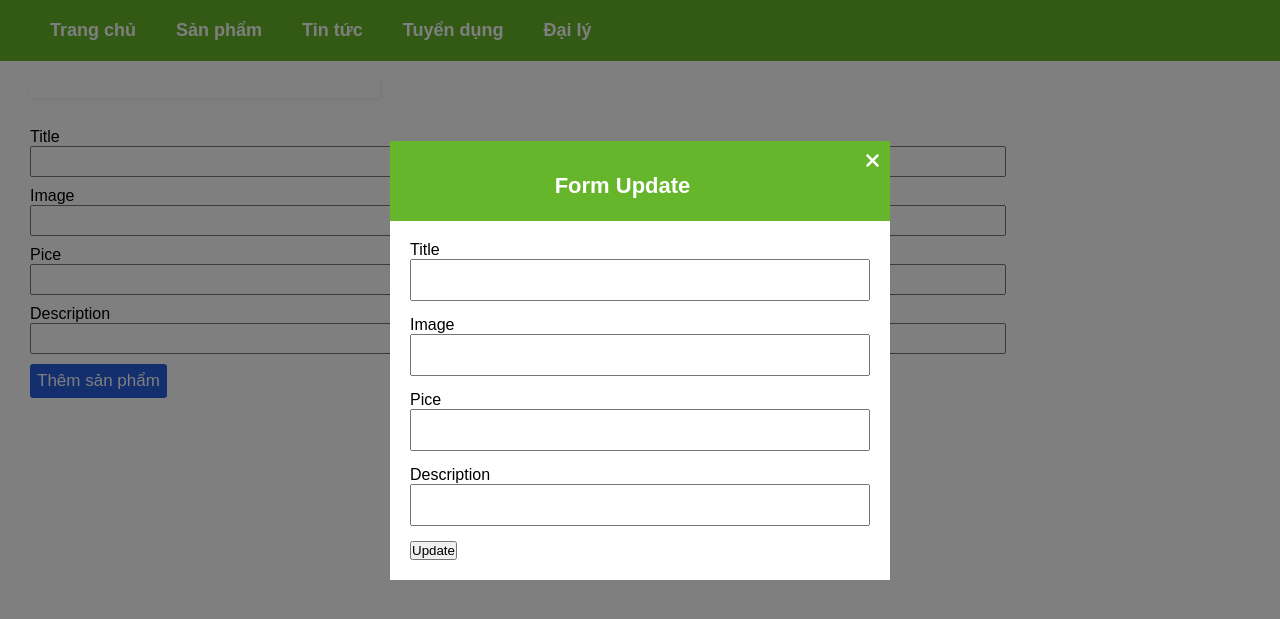
Repository: Ngoc28/CURD_HTML-CSS_JS_JSON
Page: index.html
These files come from the project's save history. The page is drawn as it stood at one moment and after the next save; the edit follows.
The browser window is 1280 px wide. The pictures show the whole page.
The page's requests for data from a server got no answer.

Above is the page before, as saved 2023-04-11 09:52:31.

### index.html
<!DOCTYPE html>
<html lang="en">
<head>
    <meta charset="UTF-8">
    <meta http-equiv="X-UA-Compatible" content="IE=edge">
    <meta name="viewport" content="width=device-width, initial-scale=1.0">
    <title>CURD Cơ bản</title>
    <link rel="stylesheet" href="https://cdnjs.cloudflare.com/ajax/libs/font-awesome/6.4.0/css/all.min.css" integrity="sha512-iecdLmaskl7CVkqkXNQ/ZH/XLlvWZOJyj7Yy7tcenmpD1ypASozpmT/E0iPtmFIB46ZmdtAc9eNBvH0H/ZpiBw==" crossorigin="anonymous" referrerpolicy="no-referrer" />
    <link rel="stylesheet" href="./asset/css/style.css">
</head>
<body>
    <header class="header-menu">
        <ul class="list-menu">
            <li class="item-menu"><a href="">Trang chủ</a></li>
            <li class="item-menu"><a href="">Sản phẩm</a></li>
            <li class="item-menu"><a href="">Tin tức</a></li>
            <li class="item-menu"><a href="">Tuyển dụng</a></li>
            <li class="item-menu"><a href="">Đại lý</a></li>
        </ul>
    </header>
    <div class="main">
        <div class="title-product">
            <h2 class="title">Sản phẩm của chúng tôi</h2>
        </div>
        <div class="products">
            <div class="product">
                <!-- <h3 class="product-name">Coca-Cola</h3>
                <img src="https://cdn.tgdd.vn/Products/Images/2947/190310/bhx/sua-trai-cay-nutriboost-huong-cam-297ml-202202122134380628.jpg" alt="" class="product-img">
                <spam class="product-price">18.000</spam>
                <span class="product-description">Nutriboost là thức uống dinh dưỡng kết hợp sữa và nước trái cây thơm ngon, giúp bạn luôn tràn năng lượng cho một ngày làm việc hiệu quả.</span> -->
            </div>
        </div>
    </div>
    <div class="form">
        <div class="form-1">
            <label for="">Title</label>
            <input type="text" name="title">
        </div>
        <div class="form-1">
            <label for="">Image</label>
            <input type="text" name="image">
        </div>
        <div class="form-1">
            <label for="">Pice</label>
            <input type="text" name="price">
        </div>
        <div class="form-1">
            <label for="">Description</label>
            <input type="text" name="description">
        </div>
        <button type="submit" id="create">Thêm sản phẩm</button>
    </div>

    <!-- formUpdate -->
    <div class="formUpdate">
        <div class="modal">
            <header>
                <i class="update-icon fa-solid fa-xmark"></i>
                <h1>
                    Form Update
                </h1>
            </header>
            <div class="modal-body">
                <div class="form-2">
                    <label for="">Title</label>
                    <input type="text" name="title">
                </div>
                <div class="form-2">
                    <label for="">Image</label>
                    <input type="text" name="image">
                </div>
                <div class="form-2">
                    <label for="">Pice</label>
                    <input type="text" name="price">
                </div>
                <div class="form-2">
                    <label for="">Description</label>
                    <input type="text" name="description">
                </div>
                <button type="submit" id="update">Update</button>
            </div>
        </div>
    </div>
    <script src="/script.js"></script>
</body>
</html>

### asset/css/style.css
*{
    padding: 0;
    margin: 0;
    box-sizing: border-box;
}

body {
    font-family: Arial, Helvetica, sans-serif;
}

.header-menu {
    position: fixed;
    top: 0;
    left: 0;
    right: 0;
    background-color: #66b62b;
    font-size: 18px;
    font-weight: 600;
}

.list-menu {
    display: flex;
    margin: 0 30px;
}

.item-menu {
    list-style: none;
}

.item-menu a {
    padding: 20px;
    display: block;
    text-decoration: none;
    color: #fff;
}

.item-menu a:hover {
    background-color: #ffd400;
    display: block;
}

/* Product */
.main {
    margin: 30px 30px 10px 30px;
}

.title-product {
    margin-bottom: 20px;
}


.title-product .title {
    text-align: center;
    color: #d72b27;
}

.products {
    display: flex;
    justify-content: space-between;
    flex-wrap: wrap;
}

.product {
    width: 350px;
    cursor: pointer;
    box-shadow: 1px 1px 5px   rgba(0, 0, 0, 0.09);
    margin-bottom: 20px;
    padding: 10px;
}


.product h3:hover {
    color: #d72b27;
}


.product-name {
    text-align: center;
}

.product-img {
    width: 100%;
    object-fit: cover;
}


.product .product-price:hover {
    color: #66b62b;
}

.product-price {
    color: #d72b27;
    margin: 10px 10px 6px;
    display: flex;
    justify-content: center;
    font-weight: 600;
}

.product-description {
    font-size: 15px;
    font-weight: 400;
    line-height: 20px;
    height: 40px;
    margin: 10px 10px 6px;
    overflow: hidden;
    display: block;
    display: -webkit-box;
    -webkit-box-orient: vertical;
    -webkit-line-clamp: 2;
}


.btn {
    display: flex;
    justify-content: center;
}


.delete-btn{
    margin-right: 10px;
}

.update-btn,
.delete-btn {
    padding: 8px;
    background-color: #66b62b;
    color: #fff;
    font-size: 15px;
    border: none;
    border-radius: 3px;
}

.update-btn:hover,
.delete-btn:hover {
    background-color: #336013;
}

/* Form */
.form {
    margin: 0 30px;

}

.form-1{
    margin-bottom: 10px;
}

.form-1 label {
    display: block;
    font-size: 16px;
    width: 90px;
}

.form-1 input {
    padding: 5px;
    font-size: 15px;
    width: 80%;
}

.form button {
    padding: 7px;
    background-color: #295fdd;
    color: #fff;
    font-size: 17px;
    border: none;
    border-radius: 3px;
}

.form button:hover {
    background-color: #172e62;
}

/* FormUpdate */

.formUpdate {
    position:fixed;
    top: 0;
    right: 0;
    bottom: 0;
    left: 0;
    background-color: rgba(0, 0, 0, 0.5);
    display: flex;
    align-items: center;
    justify-content: center;
}

.modal {
    background-color: #fff;
}

.modal header {
    background-color: #66b62b;
    color: #fff;
    height: 80px;
    width: 500px;
}

.modal h1 {
    line-height: 90px;
    text-align: center;
    font-size: 22px;
}

.modal .update-icon {
    float: right;
    padding: 10px;
    font-size: 20px;
    color: #fff;
}

.modal .update-icon:hover {
    color: #d72b27;
}

.modal-body {
    padding: 20px;
}

.form-2 {
    margin-bottom: 15px;
}

.form-2 label {
    display: block;
}

.form-2 input {
    width: 100%;
    padding: 10px;
    font-size: 16px;
}

### script.js
let productsApi = 'http://localhost:3000/products';

function start() {
    getProducts(renderProducts);

    handleCreateForm()
}

start();

//lay ra san pham

function getProducts(callback) {

    fetch(productsApi)
    .then(function(response) {
        return response.json();
    })
    .then(callback);
}

function createProduct(data, callback) {
    var options = {
        method: 'POST',
        body: JSON.stringify(data),
        headers: {
            "Content-Type": "application/json",
            // 'Content-Type': 'application/x-www-form-urlencoded',
          }
    };
    fetch(productsApi, options)
        .then(function(response) {
            response.json();
        })
        .then(callback);

}

function handleDeleteProduct(id) {
    var options = {
        method: 'DELETE',
        headers: {
            "Content-Type": "application/json",
            // 'Content-Type': 'application/x-www-form-urlencoded',
          }
    };
    fetch(productsApi + '/' + id, options)
        .then(function(response) {
            response.json();
        })
        .then(function() {
           var productItem = document.querySelector('.product-item-' + id);
           if(productItem) {
            productItem.remove();
           }
        });
}


//show du lieu ra man hinh
function renderProducts(products) {
    var listProducts = document.querySelector('.products');

    var htmls = products.map(function(product) {
        return `
        <div class="product product-item-${product.id}">
            <h3 class="product-name">${product.title}</h3>
            <img src="${product.image}" class="product-img">
            <spam class="product-price">${product.price}đ</spam>
            <span class="product-description">${product.description}</span>
            <div class="btn">
                <button onclick="handleDeleteProduct(${product.id})" class="delete-btn">Delete</button>
                <button onclick="UpdateProduct()" class="update-btn">Update</button>
            </div>
        </div>`

    })

    listProducts.innerHTML = htmls.join('');
}

function handleCreateForm() {
    var createBtn = document.querySelector('#create');

    createBtn.onclick = function() {
        var title = document.querySelector('input[name="title"]').value;
        var image = document.querySelector('input[name="image"]').value;
        var price = document.querySelector('input[name="price"]').value;
        var description = document.querySelector('input[name="description"]').value;

        var formData = {
            title: title,
            image: image,
            price: price,
            description: description
        }

        createProduct(formData, function() {
            getProducts(renderProducts);
        });

    }
}

After the next save:
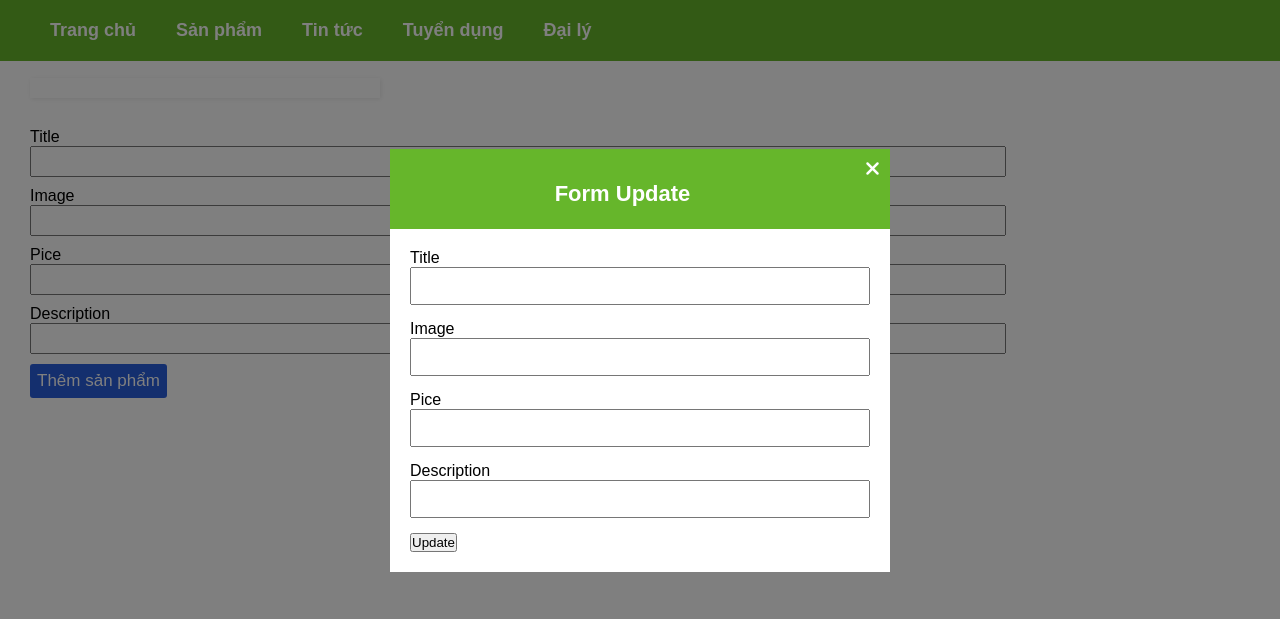
Saved 14 s later.
--- a/asset/css/style.css
+++ b/asset/css/style.css
@@ -226,6 +226,6 @@ body {
 
 .form-2 input {
     width: 100%;
-    padding: 10px;
+    padding: 8px;
     font-size: 16px;
 }
